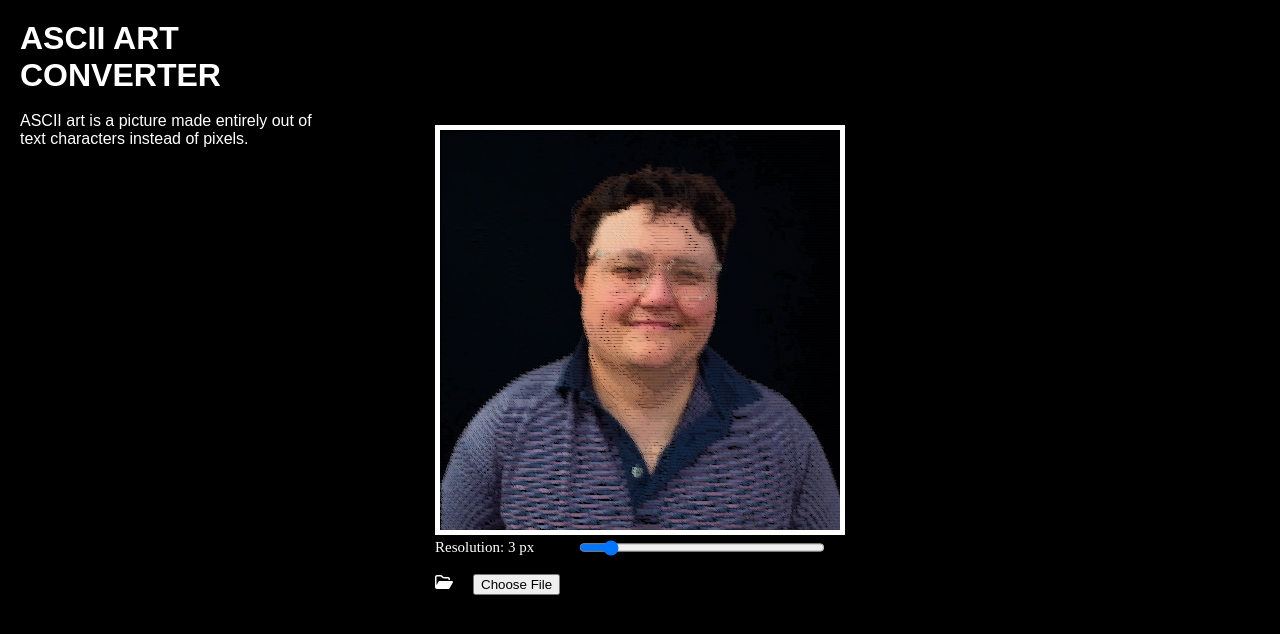
Repository: rosieomusic/ascii-art
Page: index.html
These files come from the project's save history. The page is drawn as it stood at one moment and after the next save; the edit follows.
The browser window is 1280 px wide. The pictures show the whole page.
Some web fonts or font styles are not loaded; a fallback is used. Some web libraries are served in a nearby version.

Above is the page before, as saved 2025-05-06 16:22:24.

### index.html
<!DOCTYPE html>
<html>
	<head>
		<meta charset="UTF-8" />
		<meta
			http-equiv="X-UA-Compatible"
			content="IE-edge"
		/>
		<title>Pixels</title>
		<link
			rel="stylesheet"
			href="styles.css"
		/>
		<link
			rel="preconnect"
			href="https://fonts.googleapis.com"
		/>
		<link
			rel="preconnect"
			href="https://fonts.gstatic.com"
			crossorigin
		/>
		<link
			href="https://fonts.googleapis.com/css2?family=Cal+Sans&family=Domine:wght@400..700&family=Roboto+Mono:wght@100..700&family=Rubik:wght@800&display=swap"
			rel="stylesheet"
		/>
		<script
			src="https://kit.fontawesome.com/56e0d45a0e.js"
			crossorigin="anonymous"
		></script>
	</head>
	<body>
		<div class="container">
			<canvas id="canvas1"></canvas>
			<div class="controls">
				<label
					for="resolution"
					id="resolutionLabel"
					>Resolution 5 px</label
				>
				<input
					type="range"
					id="resolution"
					name="resolution"
					min="1"
					max="20"
					value="3"
				/>
			</div>
			<br />
			<div id="upload">
				<i class="fa-regular fa-folder-open"></i>
				<input
					type="file"
					id="imageUpload"
					accept="image/*"
				/>
				<pre id="ascii-output"></pre>
				<canvas
					id="canvas2"
					style="display: none"
				></canvas>
			</div>
		</div>
		<div id="explaination">
			<h1>ASCII ART CONVERTER</h1>
			<br />
			<p>
				ASCII art is a picture made entirely out of text characters instead of
				pixels.
			</p>
		</div>

		<script src="script.js"></script>
	</body>
</html>

### styles.css
* {
	margin: 0;
	padding: 0;
	/* box-sizing: border-box; */
}
body {
	background: black;
}
.container {
	position: absolute;
	top: 50%;
	left: 50%;
	transform: translate(-50%, -50%);
}
#canvas1 {
	border: 5px solid white;
}
.controls {
	display: flex;
}
.controls > input {
	width: 60%;
}
.controls > label {
	font-family: 'Roboto Mono, monospace';
	width: 35%;
	color: white;
	font-size: 15px;
}
i {
	color: white;
	margin-right: 20px;
}
#upload {
	display: flex;
}
button {
	border-radius: 20px;
}

#explaination {
	font-family: Arial, Helvetica, sans-serif;
	margin: 20px;
	width: 300px;
	color: white;
}

### script.js
const inputSlider = document.getElementById('resolution');
const inputLabel = document.getElementById('resolutionLabel');
const canvas = document.getElementById('canvas1');
const ctx = canvas.getContext('2d');

const image1 = new Image();
image1.src = 'img/roseomalleyheadshotblack.png';
inputSlider.addEventListener('change', handleSlider);

const imageUpload = document.getElementById('imageUpload');

imageUpload.addEventListener('change', function (event) {
	const file = event.target.files[0];
	if (!file) return;

	const reader = new FileReader();
	reader.onload = function (e) {
		image1.src = e.target.result; // This re-triggers image1.onload
	};
	reader.readAsDataURL(file);
});

class Cell {
	constructor(x, y, symbol, color, size) {
		this.x = x;
		this.y = y;
		this.symbol = symbol;
		this.color = color;
		this.size = size;
		//this.padding = this.size * 0.2;
	}
	draw(ctx) {
		ctx.font = `${this.size * 2}px Courier New`;
		//ctx.fillStyle = 'yellow';
		ctx.fillText(this.symbol, this.x + 1, this.y + 1, +this.size);

		ctx.fillStyle = this.color;
		ctx.fillText(this.symbol, this.x, this.y, this.size);
		ctx.textBaseline = 'top';
	}
}
class AsciiEffect {
	#imageCellArray = [];
	#pixels = [];
	#ctx;
	#width;
	#height;
	constructor(ctx, width, height) {
		this.#ctx = ctx;
		this.#width = width;
		this.#height = height;
		this.#ctx.drawImage(image1, 0, 0, this.#width, this.#height);
		this.#pixels = this.#ctx.getImageData(0, 0, this.#width, this.#height);
		//console.log(this.#pixels.data);
	}
	#convertToSymbol(g) {
		// @#W$9876543210?!abc;:+=-,._
		// .,:ilwW"
		// '$@B%8&WM#*oahkbdpqwmZO0QLCJUYXzcvunxrjft/|()1{}[]?-_+~<>i!lI;:,"^`'
		//`^",:;Il!i><~+_-?][}{1)(|/tfjrxnuvczXYUJCLQ0OZmwqpdbkhao*#MW&8%B@$

		const asciiGradient =
			' .`^",:;Il!i><~+_-?][}{1)(|/tfjrxnuvczXYUJCLQ0OZmwqpdbkhao*#MW&8%B@$';

		const index = Math.floor((g / 255) * (asciiGradient.length - 1));
		return asciiGradient[index];
	}

	#scanImage(cellSize) {
		this.#imageCellArray = [];
		const stepX = Math.floor(cellSize * 0.6);
		const stepY = cellSize;
		for (let y = 0; y < this.#pixels.height; y += stepY) {
			for (let x = 0; x < this.#pixels.width; x += stepX) {
				if (x >= this.#pixels.width || y >= this.#pixels.height) continue;
				const posX = x * 4;
				const posY = y * 4;
				const pos = (y * this.#pixels.width + x) * 4;

				if (this.#pixels.data[pos + 3] > 128) {
					const red = this.#pixels.data[pos];
					const green = this.#pixels.data[pos + 1];
					const blue = this.#pixels.data[pos + 2];
					const grayscale = 0.2126 * red + 0.7152 * green + 0.0722 * blue;

					//const color = 'yellow';
					//const color = grayscale > 110 ? 'white' : 'black';
					const total = red + green + blue;
					const averageColorValue = total / 3;
					const color = `rgb(${red}, ${green}, ${blue})`;
					const symbol = this.#convertToSymbol(averageColorValue);
					if (symbol)
						this.#imageCellArray.push(new Cell(x, y, symbol, color, cellSize));
				}
			}
		}
		//console.log(this.#imageCellArray);
	}
	#drawAscii() {
		this.#ctx.clearRect(0, 0, this.#width, this.#height);
		for (let i = 0; i < this.#imageCellArray.length; i++) {
			this.#imageCellArray[i].draw(this.#ctx);
		}
	}
	draw(cellSize) {
		this.#scanImage(cellSize);
		this.#drawAscii();
	}
}
let effect;
function handleSlider() {
	//console.log('Slider value: ', inputSlider.value);
	if (inputSlider.value == 1) {
		inputLabel.innerHTML = 'Original Image';
		ctx.drawImage(image1, 0, 0, canvas.width, canvas.height);
	} else {
		inputLabel.innerHTML = 'Resolution: ' + inputSlider.value + ' px';
		ctx.font = parseInt(inputSlider.value) * 2 + 'px Courier New';
		effect.draw(parseInt(inputSlider.value));
	}
}
image1.onload = function initialize() {
	//console.log('Image loaded: ', image1.src);
	//console.log('Image dimiensions: ', image1.width, image1.height);
	const maxDimension = 550;

	let scale = Math.min(
		maxDimension / image1.width,
		maxDimension / image1.height,
		1
	);

	const scaledWidth = image1.width * scale;
	const scaledHeight = image1.height * scale;
	canvas.width = scaledWidth;
	canvas.height = scaledHeight;

	ctx.clearRect(0, 0, canvas.width, canvas.height);
	ctx.drawImage(image1, 0, 0, scaledWidth, scaledHeight);

	effect = new AsciiEffect(ctx, scaledWidth, scaledHeight);
	//effect.draw(parseInt(inputSlider.value));

	const base64Image = canvas.toDataURL(image1);
	//console.log('Base64 image:', base64Image);

	handleSlider();
};
const string =
	'$@B%8&WM#*oahkbdpqwmZO0QLCJUYXzcvunxrjft/|()1{}[]?-_+~<>i!lI;:,"^`';

function reverseString(str) {
	const reversed = str.split('').reverse().join('');
	console.log(reversed);
	return reversed;
}

reverseString(string);

After the next save:
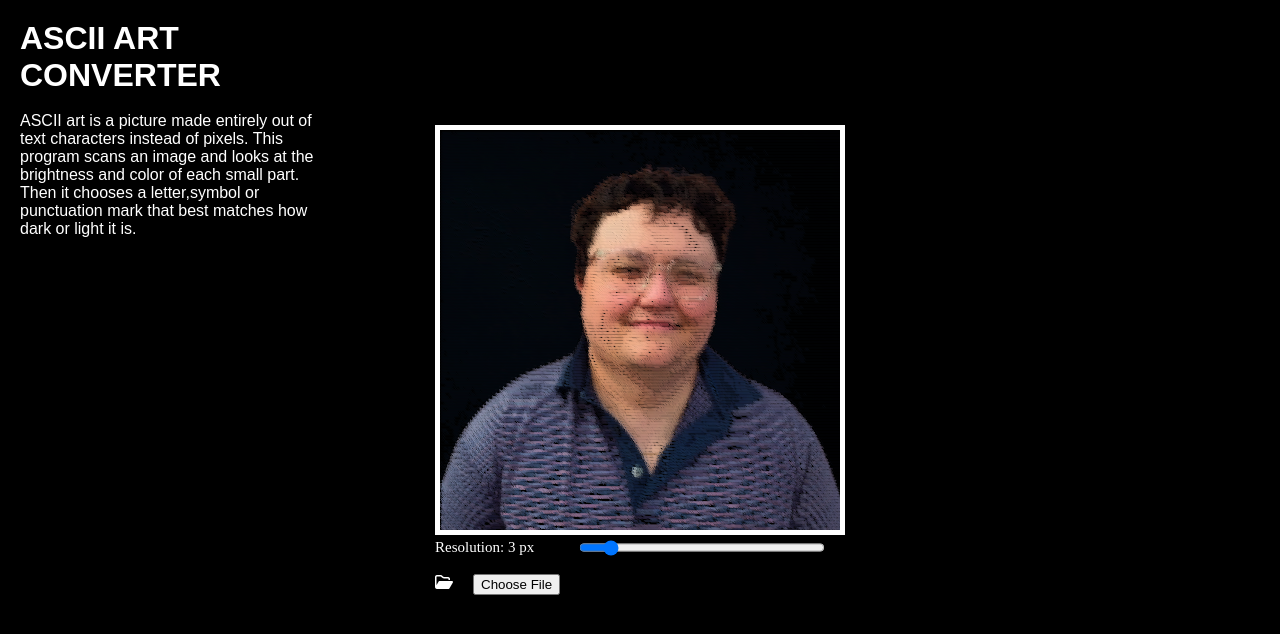
Saved 2 min 11 s later.
--- a/index.html
+++ b/index.html
@@ -67,7 +67,9 @@
 			<br />
 			<p>
 				ASCII art is a picture made entirely out of text characters instead of
-				pixels.
+				pixels. This program scans an image and looks at the brightness and
+				color of each small part. Then it chooses a letter,symbol or punctuation
+				mark that best matches how dark or light it is.
 			</p>
 		</div>
 
